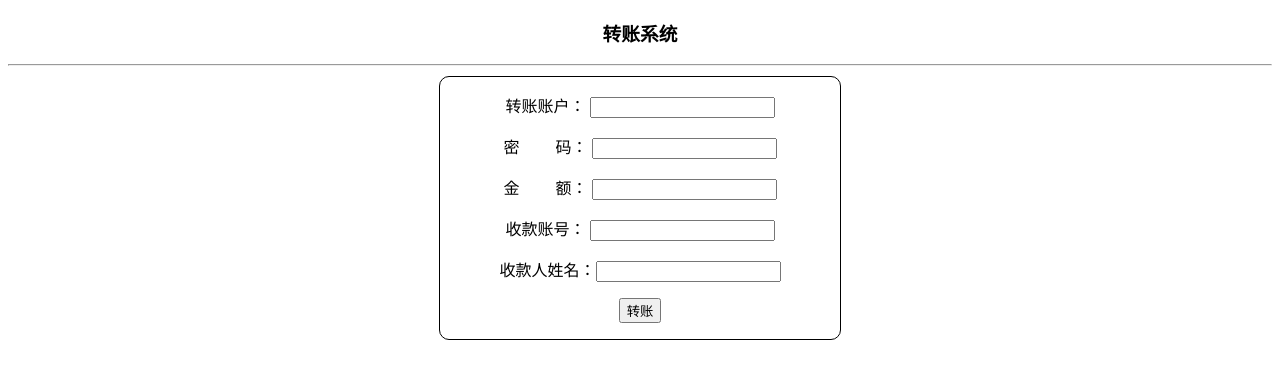
Repository: 99708/java_EE
Page: http://localhost/ssm_bank/
An editor plug-in stored every save of this project. The page is shown before and after the next save, followed by the edit.
The browser window is 1280 px wide. The pictures show the whole page.
The page is served by Tomcat 9.

Above is the page before, as saved 2018-11-16 13:50:34.

After the next save:
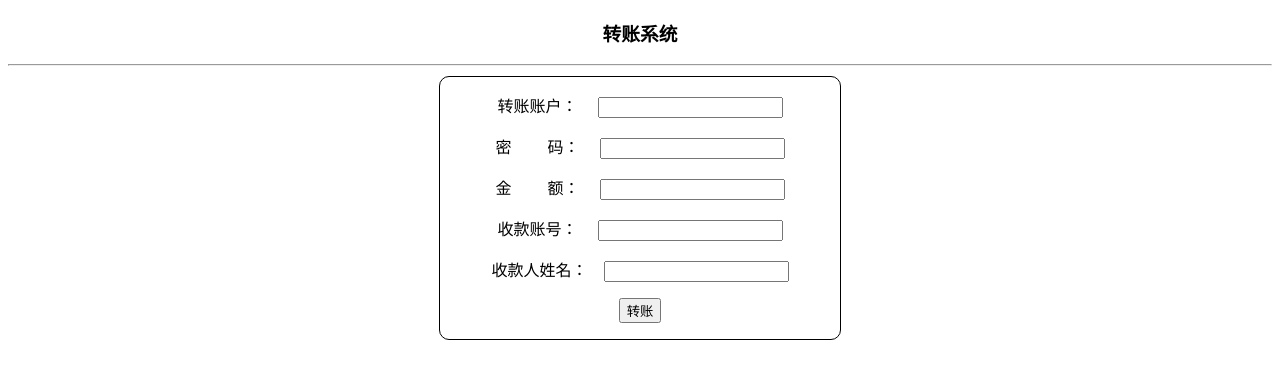
Saved 46 s later.
--- a/ssm_bank/WebContent/index.jsp
+++ b/ssm_bank/WebContent/index.jsp
@@ -15,23 +15,23 @@
 		margin-top: 10px;">
 		<form action="moneyServlet.servlet" method="post">
 			<p>
-				转账账户： <input id="aid" name="aid" type="text" value="" />
+				转账账户：　 <input id="aid" name="aid" type="text" value="" />
 				<span id="aidSpan"></span> <br />
 			</p>
 			<p>
-				密　　 码： <input id="apwd" name="apwd" type="text" value="" />
+				密　　 码： 　<input id="apwd" name="apwd" type="text" value="" />
 				<span id="apwdSpan"></span><br />
 			</p>
 			<p>
-				金 　　额： <input id="money" name="money" type="text" value="" />
+				金 　　额： 　<input id="money" name="money" type="text" value="" />
 				<span id="moneySpan"></span><br />
 			</p>
 			<p>
-				收款账号： <input id="inId" name="inId" type="text" value="" />
+				收款账号： 　<input id="inId" name="inId" type="text" value="" />
 				<span id="inIdSpan"></span><br />
 			</p>
 			<p>
-				收款人姓名：<input id="aname" name="aname" type="text" value="" />
+				收款人姓名：　<input id="aname" name="aname" type="text" value="" />
 				<span id="anameSpan"></span><br />
 			</p>
 			<p>
